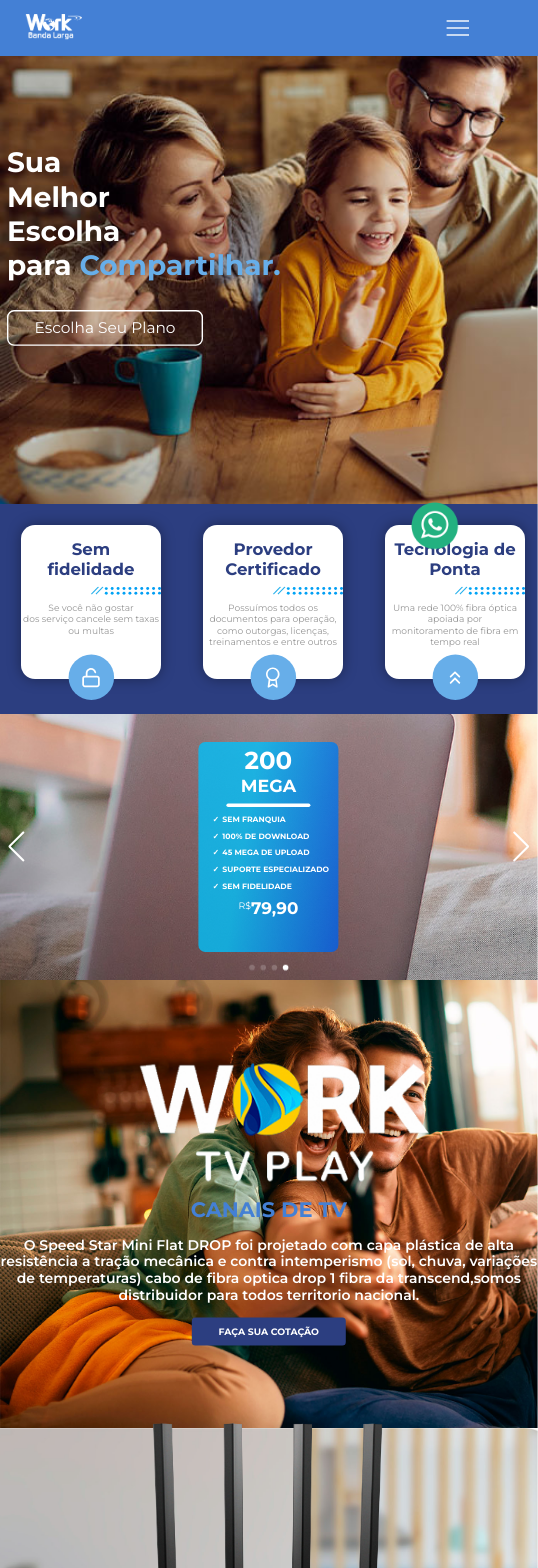
Repository: mateus-henrique-silva/WorkBandaLarga
Page: site_work/src/Pages/campos.html
These files come from the project's save history. The page is drawn as it stood at one moment and after the next save; the edit follows.
The browser window is 768 px wide. The pictures show the part of the page from y = 0 to 2240 px (the page is 4897 px tall), at 70% of full size.
Backgrounds fixed to the window are drawn as part of the page. Some web fonts or font styles are not loaded; a fallback is used.

Above is the page before, as saved 2022-09-20 14:58:21.

After the next save:
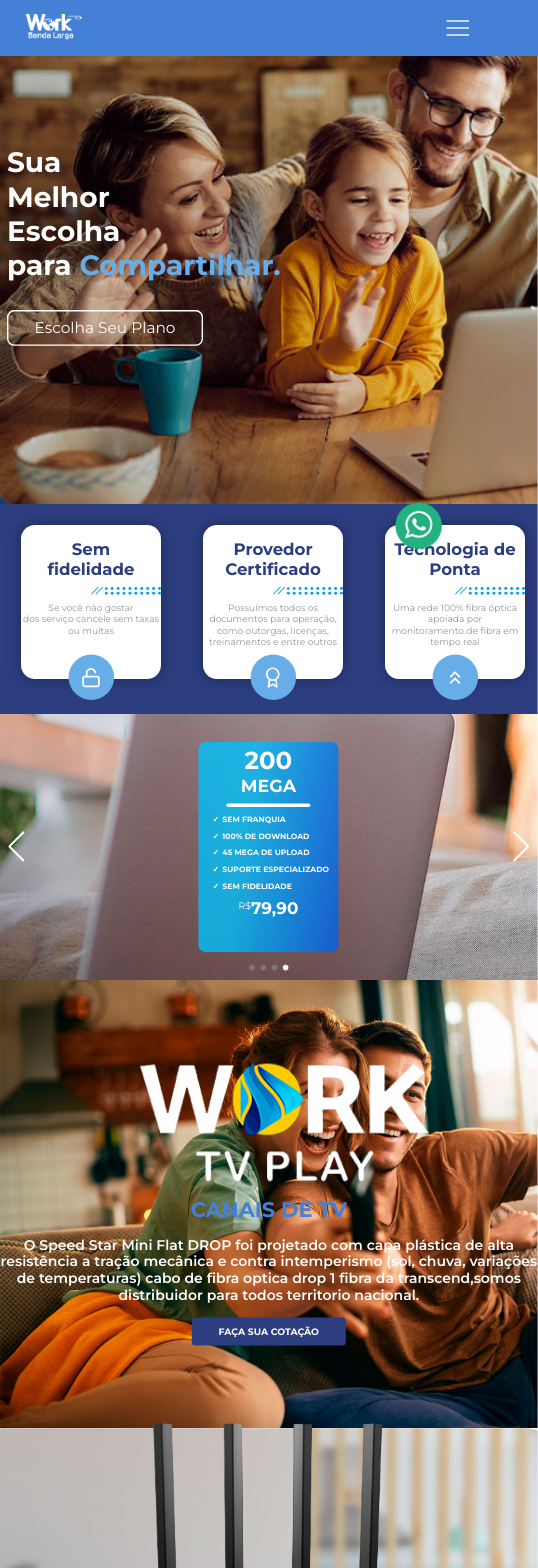
Saved 33 s later.
--- a/site_work/src/CSS/WhatsButton/Style.css
+++ b/site_work/src/CSS/WhatsButton/Style.css
@@ -22,7 +22,7 @@
 
     /* margin-top: -100px!important; */
 
-    margin-left: 75%;
+    margin-left: 72%;
   }
 }
 
